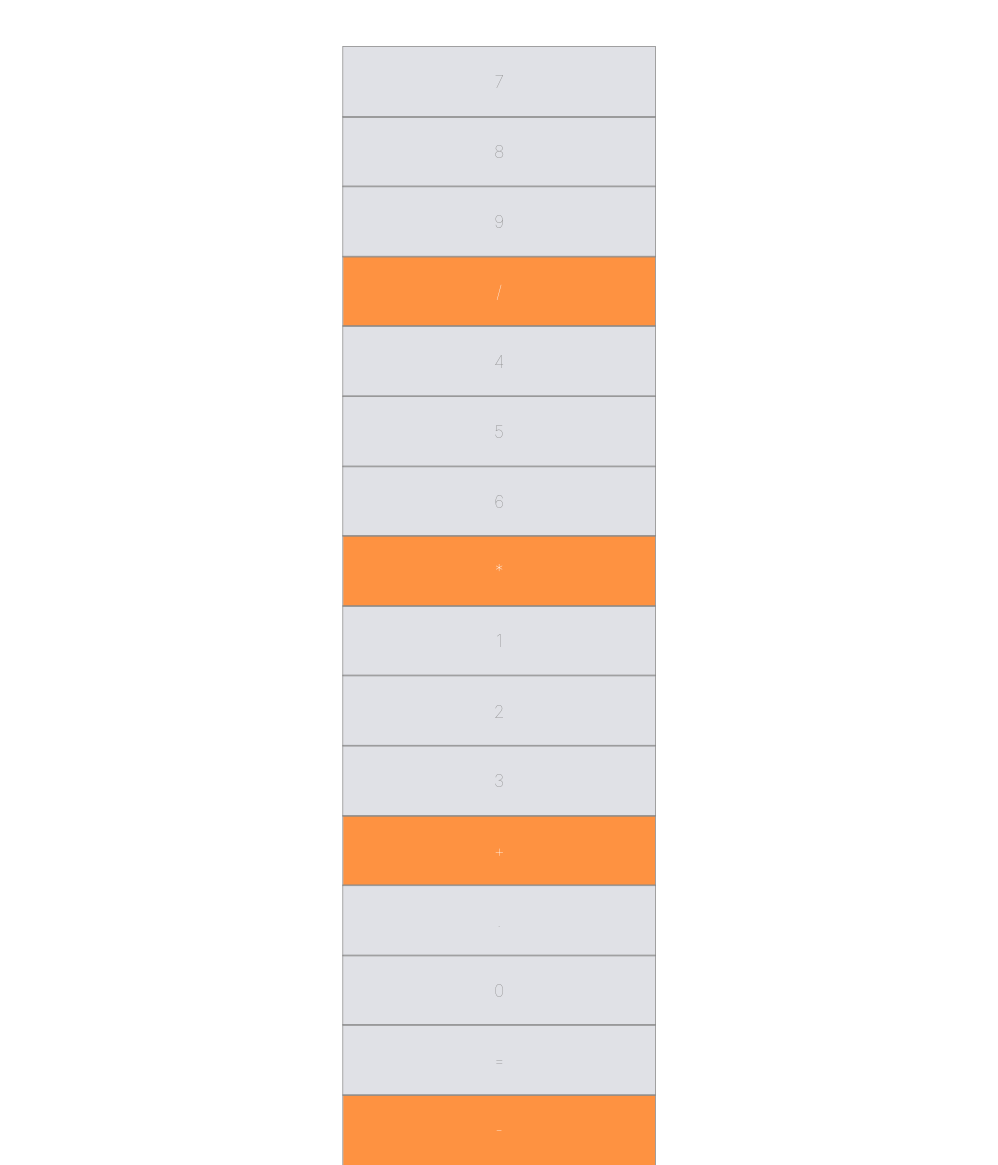
Repository: TECHIE404/Calculator
Page: /
The author's editor kept a copy of each file at every save. The page is drawn from the files as they stood at one save, then again after the next save.
The browser window is 1280 px wide. The pictures show the whole page, at 78% of full size.
The project was rebuilt for these pictures with package versions that can differ from the ones it lists, and the page was loaded fresh each time.

Above is the page before, as saved 2021-04-27 20:21:24.

After the next save:
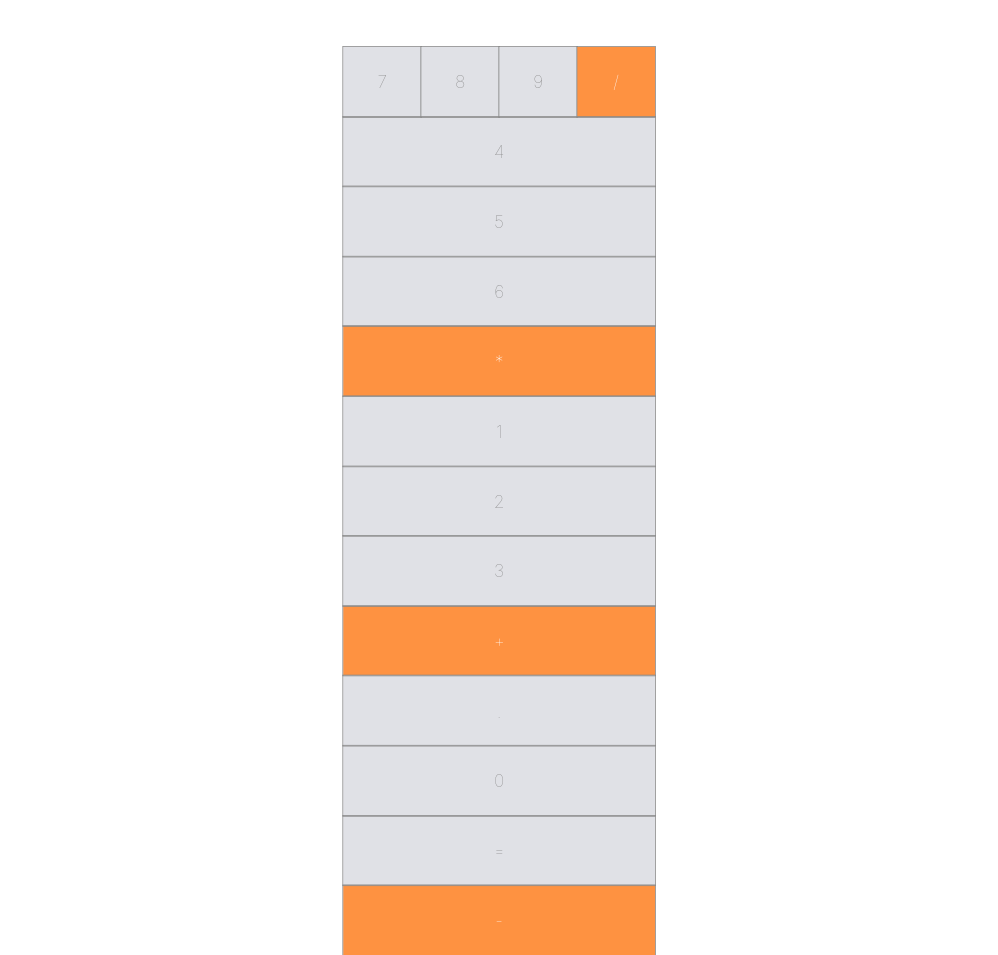
Saved 67 s later.
--- a/src/App.js
+++ b/src/App.js
@@ -6,7 +6,7 @@ function App() {
   return (
     <div className="App">
       <div className="calc-wrapper">
-      <div className="Row">
+      <div className="row">
       <Button>7</Button>
       <Button>8</Button>
       <Button>9</Button>
